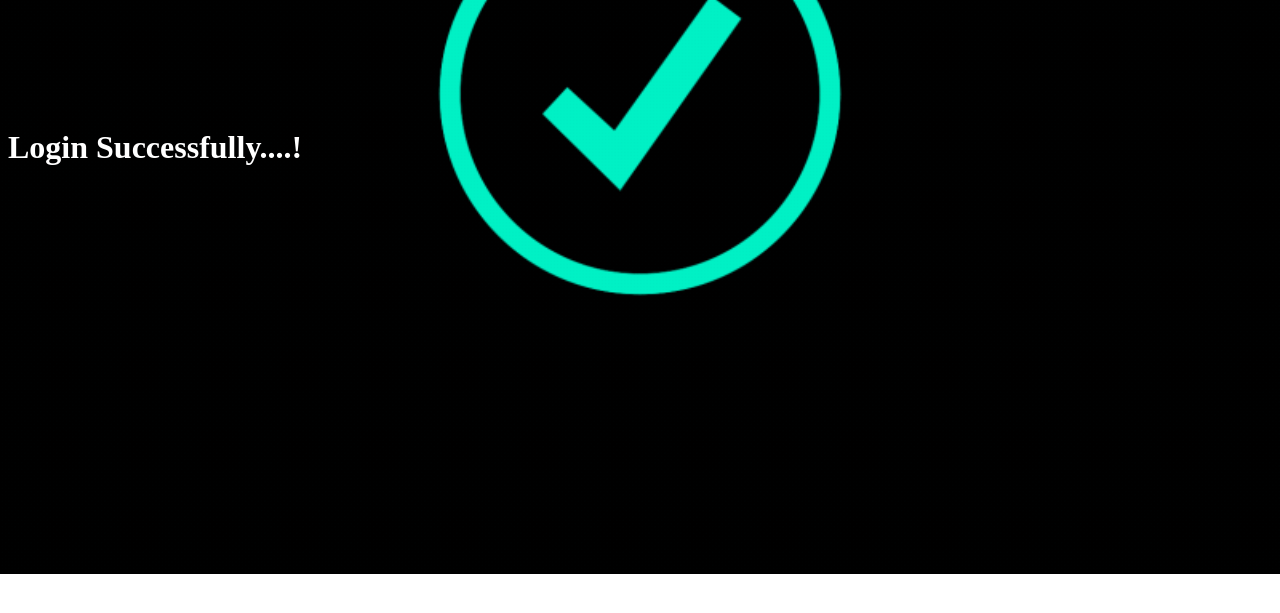
Repository: Kartik-Karle51/OIBSIP
Page: Login_Authentication/LoginAuthentication/src/main/webapp/success.html
An editor plug-in stored every save of this project. The page is shown before and after the next save, followed by the edit.
The browser window is 1280 px wide. The pictures show the whole page.

Above is the page before, as saved 2024-12-06 18:11:46.

After the next save:
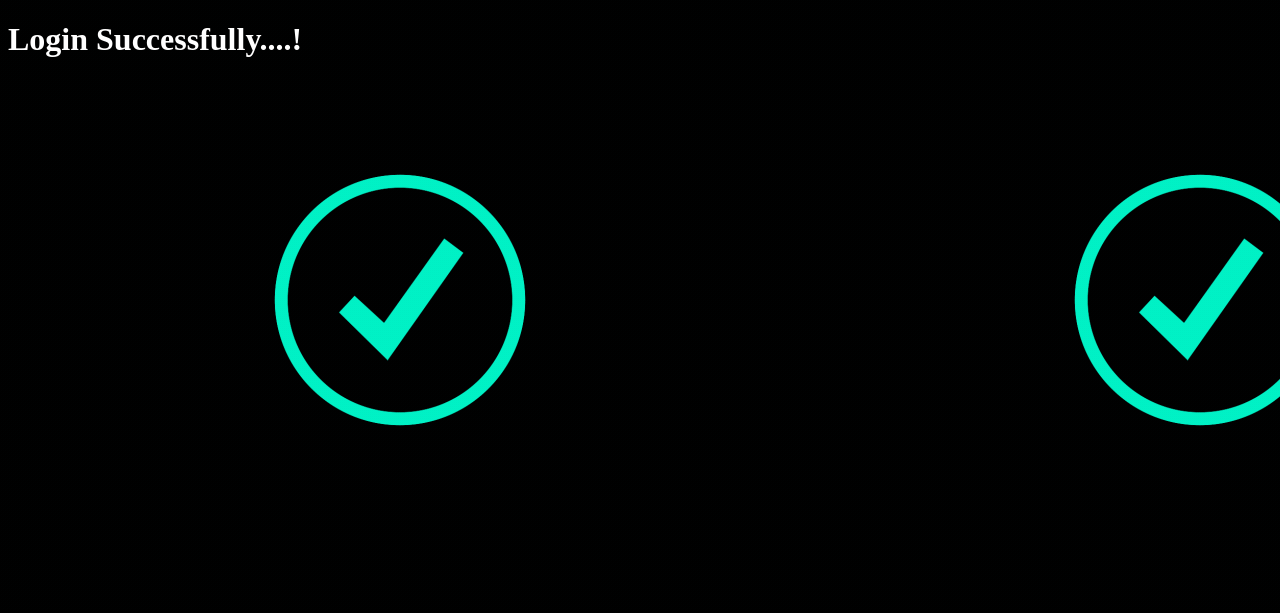
Saved 32 s later.
--- a/Login_Authentication/LoginAuthentication/src/main/webapp/success.html
+++ b/Login_Authentication/LoginAuthentication/src/main/webapp/success.html
@@ -6,14 +6,8 @@
 <style type="text/css">
 body{
 background-image: url("Check mark animation.gif");
-background-position: center;
-background-size: 100%;
-padding-top:100px;
-background-repeat: no-repeat;
 }
-h1{
-color:white;
-}
+h1{color:white;}
 </style>
 
 </head>
